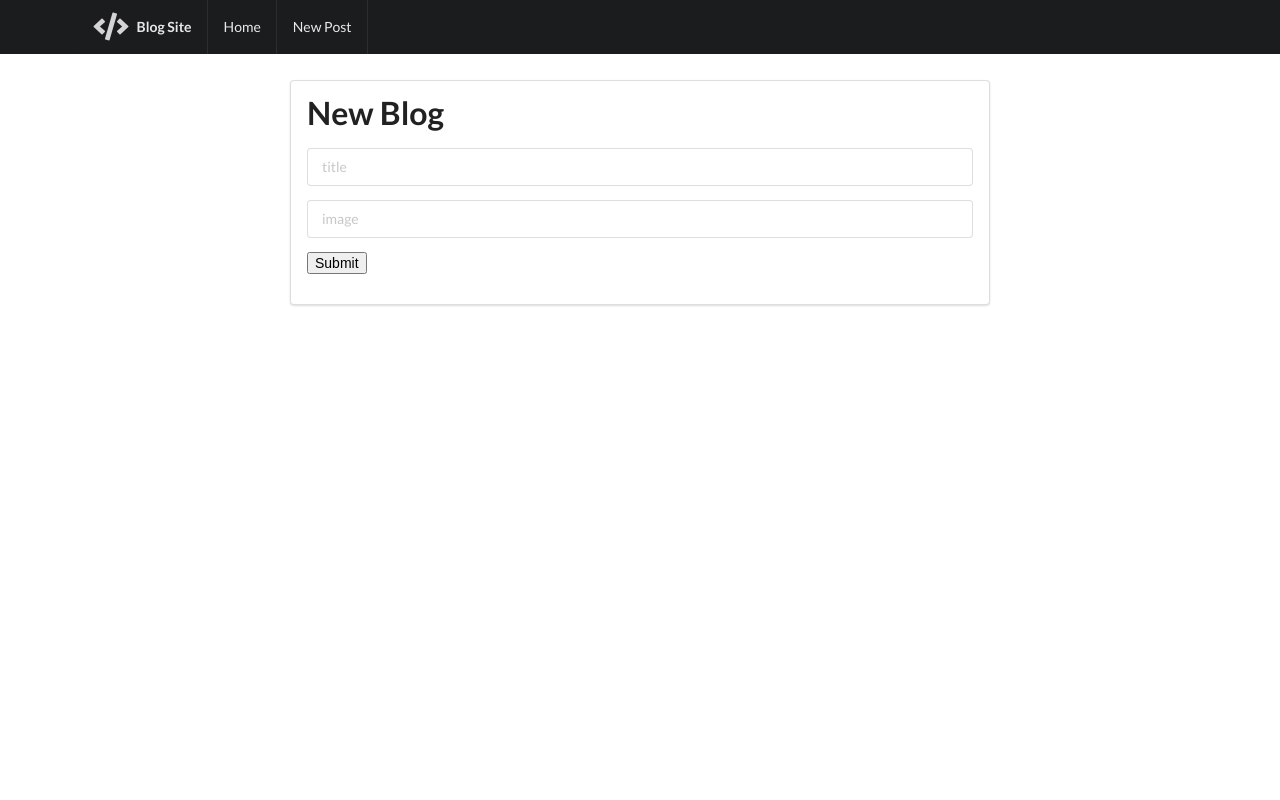
Repository: msuzuki23/AWS-Cloud9-YelpCamp
Page: http://localhost/blogs/new
The author's editor kept a record of every edit. The page is drawn from the files as they stood at one moment, then again after the next edit.
The browser window is 1280 px wide. The pictures show the whole page.
The page is served by the project's Node server (RestBlogs/app.js).

Above is the page before.

After the next edit:
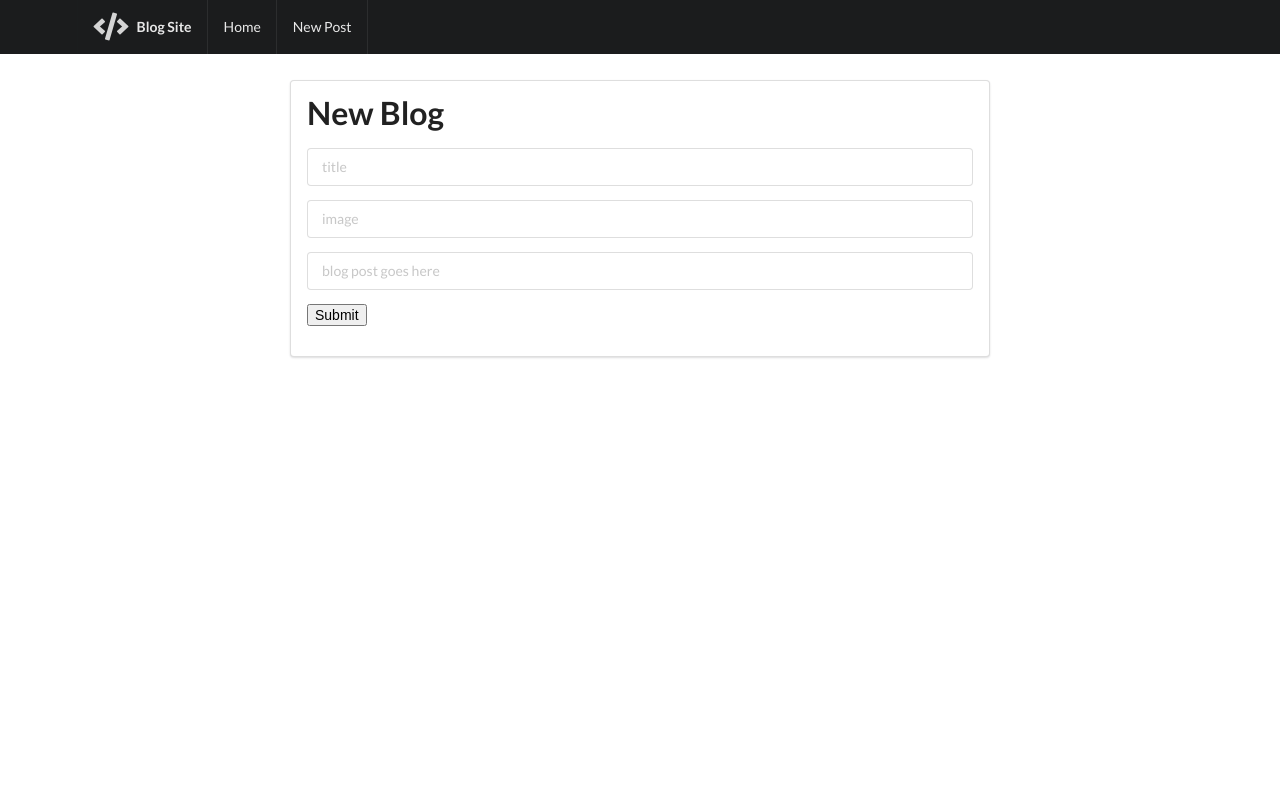
The edit:
--- a/RestBlogs/views/new.ejs
+++ b/RestBlogs/views/new.ejs
@@ -9,7 +9,7 @@
             <input type="text" name="blog[image]" placeholder="image">
         </div>
         <div class="field">
-
+            <input type="text" name="blog[body]" placeholder="blog post goes here">
         </div>
 
 
